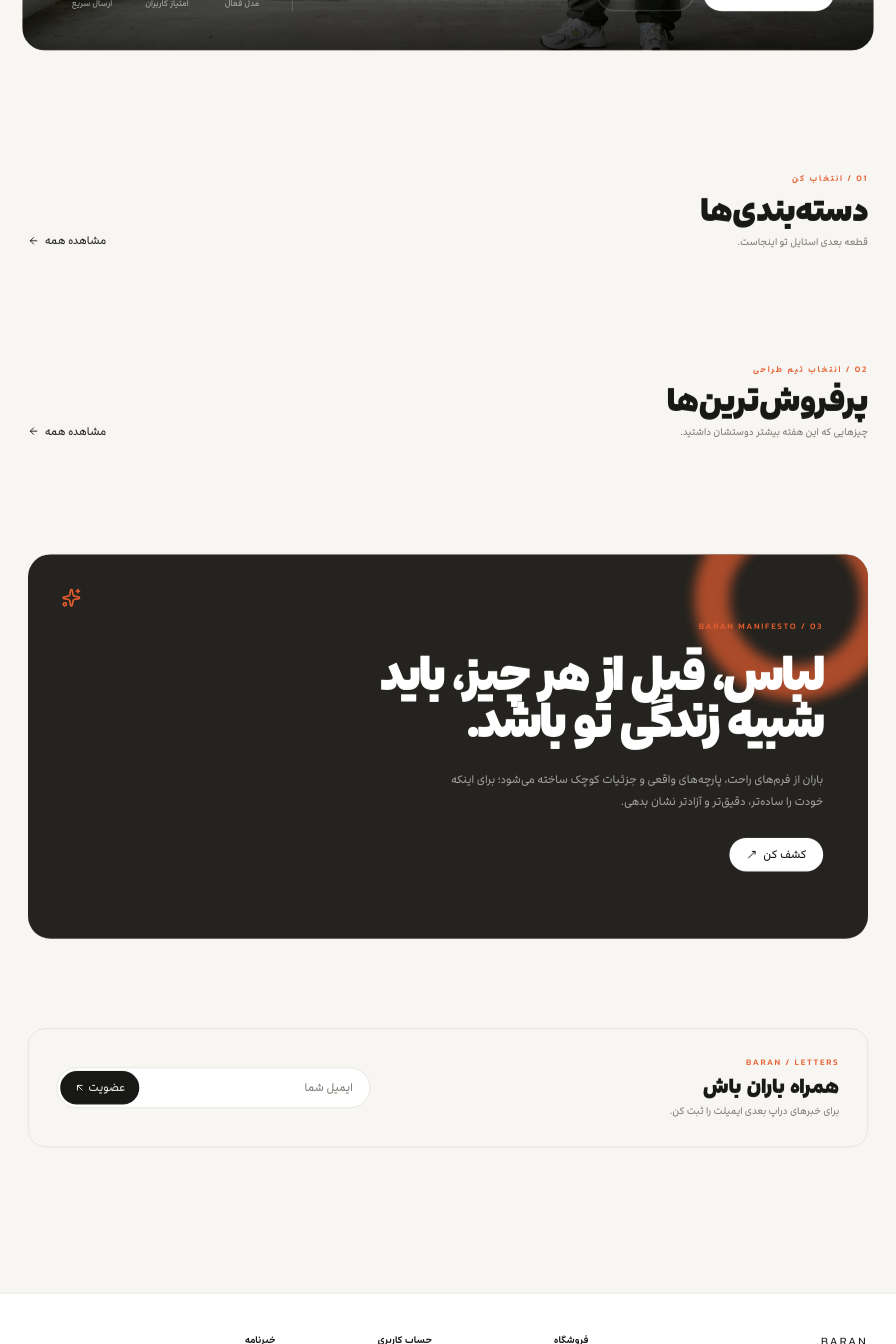
Repository: bardiya185/Clothing_store
Page: / (app in clothing-store/update/clothing-store/frontend/)
The author's editor kept a copy of each file at every save. The page is drawn from the files as they stood at one save, then again after the next save.
The browser window is 1280 px wide. The pictures show the part of the page from y = 637 to 2557 px (the page is 2800 px tall before and 2944 px after), at 70% of full size.
The page's requests for data from a server got no answer. The project was rebuilt for these pictures with package versions that can differ from the ones it lists, and the page was loaded fresh each time. The framework's server and built-in components were replaced by stand-ins that run in the browser. No one was signed in, and anything a server would have sent is missing. Also part of the build but not shown: clothing-store/update/clothing-store/frontend/next.config.ts, clothing-store/update/clothing-store/frontend/components/catalog/ProductCard.tsx.

Above is the page before, as saved 2026-10-02 16:23:26.

After the next save:
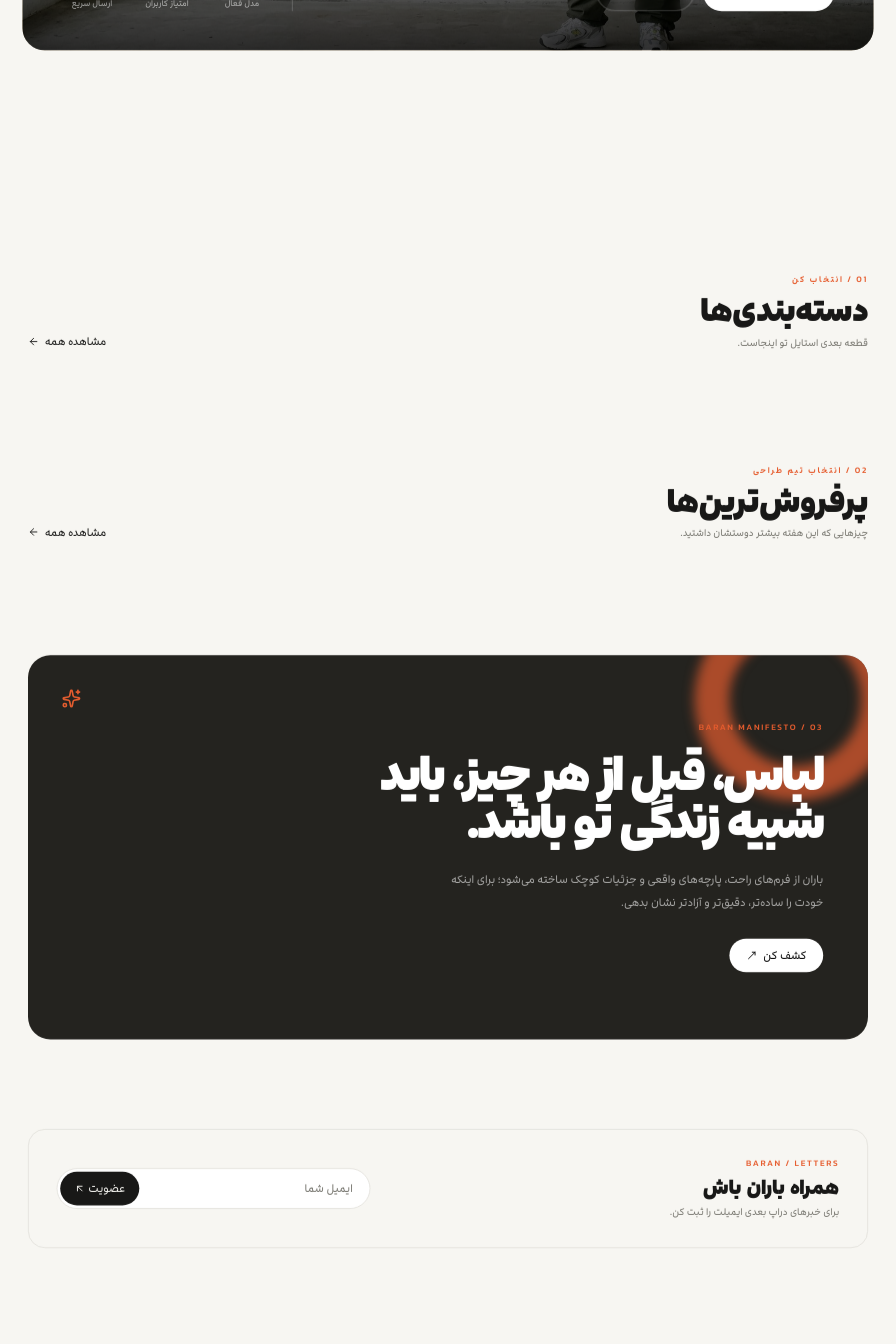
Saved 21 s later.
--- a/clothing-store/update/clothing-store/frontend/app/page.tsx
+++ b/clothing-store/update/clothing-store/frontend/app/page.tsx
@@ -88,6 +88,12 @@ export default function HomePage() {
       </section>
       <br />
       <br />
+      <br />
+      <br />
+      <br />
+      <br />
+      <br />
+      <br />
       <CampaignBlocks />
       <section className="mx-auto max-w-[1440px] px-5 py-24 md:px-10 md:py-32">
         <div className="mb-9 flex items-end justify-between gap-5">
